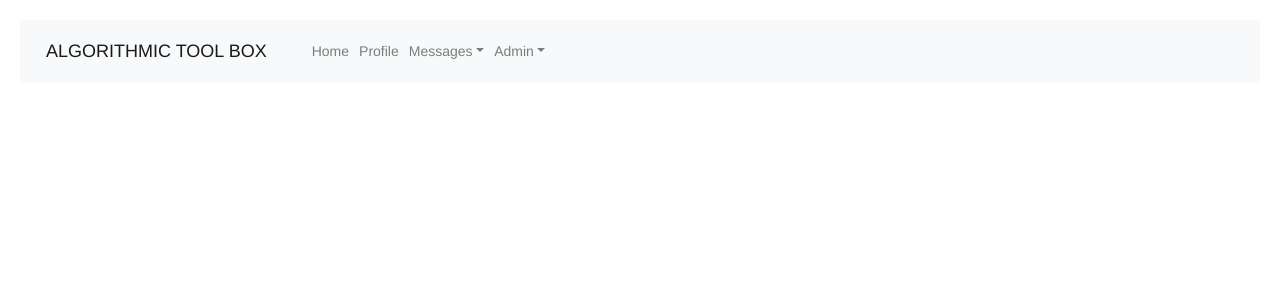
Repository: vinaybabu3962/ALGORITHMIC-TOOLBOX
Page: DAA_WT/webapp/index.html
These files come from the project's save history. The page is drawn as it stood at one moment and after the next save; the edit follows.
The browser window is 1280 px wide. The pictures show the whole page.
Some web libraries are served in a nearby version.

Above is the page before, as saved 2021-07-06 14:25:37.

After the next save:
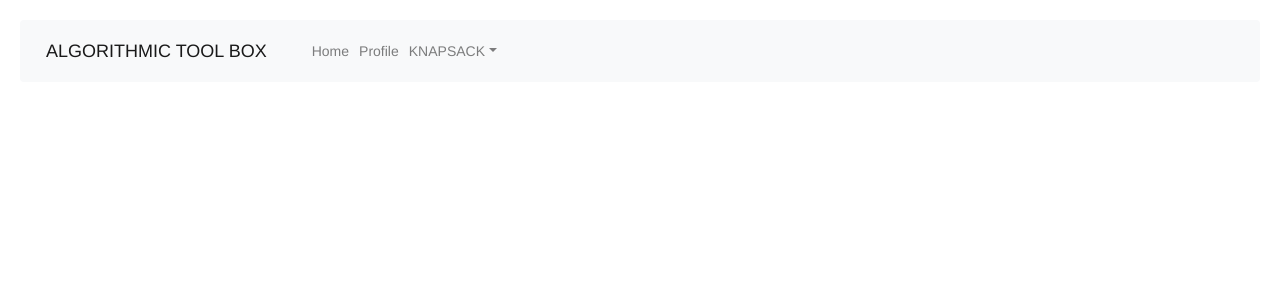
Saved 3 min 4 s later.
--- a/DAA_WT/webapp/index.html
+++ b/DAA_WT/webapp/index.html
@@ -32,27 +32,15 @@
                     <a href="#" class="nav-link">Profile</a>
                 </li>
                 <li class="nav-item dropdown">
-                    <a href="#" class="nav-link dropdown-toggle" data-toggle="dropdown">Messages</a>
+                    <a href="#" class="nav-link dropdown-toggle" data-toggle="dropdown">KNAPSACK</a>
                     <div class="dropdown-menu">
-                        <a href="#" class="dropdown-item">Inbox</a>
-                        <a href="#" class="dropdown-item">Drafts</a>
-                        <a href="#" class="dropdown-item">Sent Items</a>
-                        <div class="dropdown-divider"></div>
-                        <a href="#"class="dropdown-item">Trash</a>
+                    	<a href="GreedyKnapsack.html" class="dropdown-item">Greedy Knapsack</a>
+  						<a href="KnapSackDP.html" class="dropdown-item">Knapsack using DP</a>
+
                     </div>
                 </li>
             </ul>
-            <ul class="nav navbar-nav ml-auto">
-                <li class="nav-item dropdown">
-                    <a href="#" class="nav-link dropdown-toggle" data-toggle="dropdown">Admin</a>
-                    <div class="dropdown-menu dropdown-menu-right">
-                        <a href="#" class="dropdown-item">Reports</a>
-                        <a href="#" class="dropdown-item">Settings</a>
-                        <div class="dropdown-divider"></div>
-                        <a href="#"class="dropdown-item">Logout</a>
-                    </div>
-                </li>
-            </ul>
+
         </div>
     </nav>
 </div>
